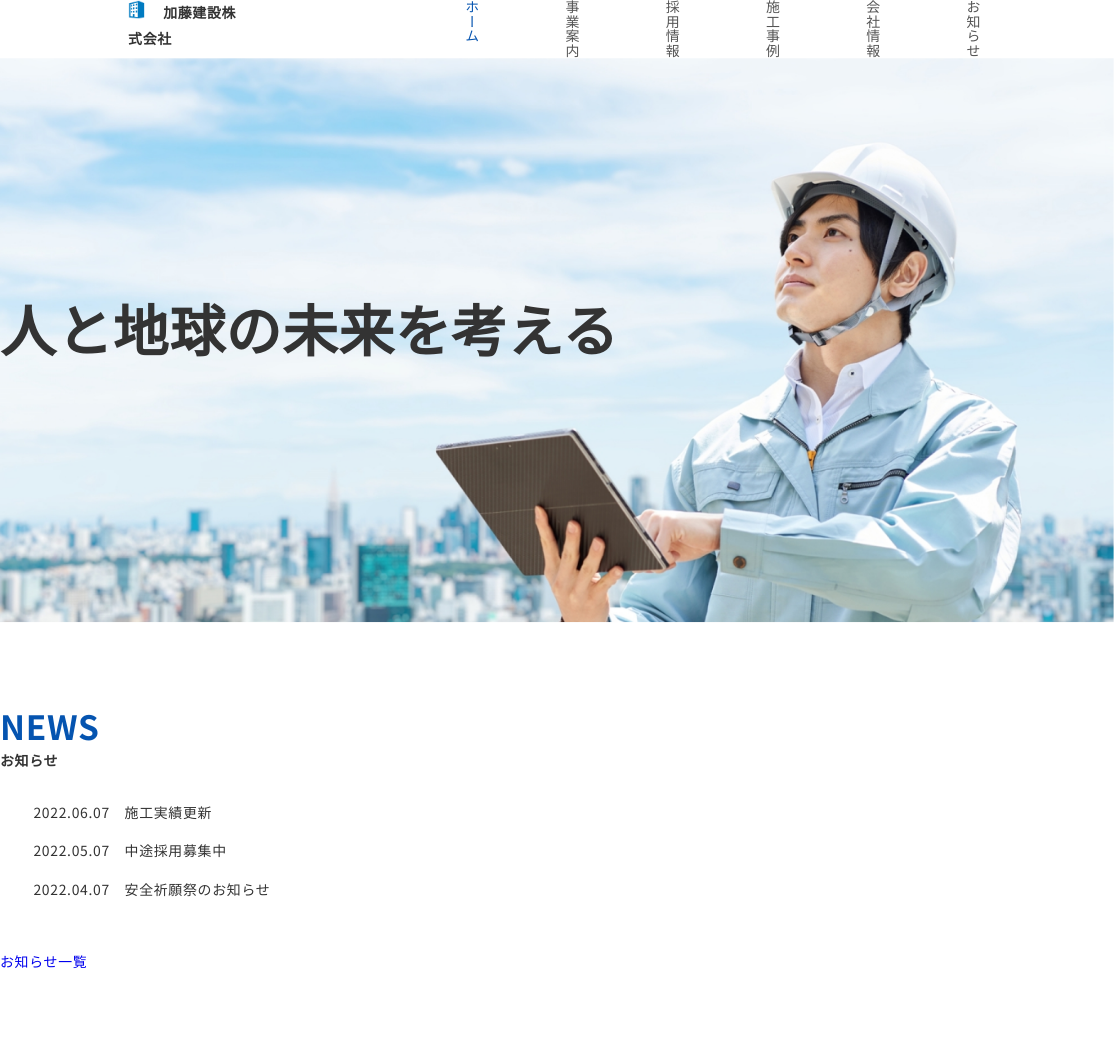
Repository: nozomi-23/hp1_test
Page: index.html
An editor plug-in stored every save of this project. The page is shown before and after the next save, followed by the edit.
The browser window is 1280 px wide. The pictures show the whole page, at 87% of full size.

Above is the page before, as saved 2022-06-12 11:07:49.

After the next save:
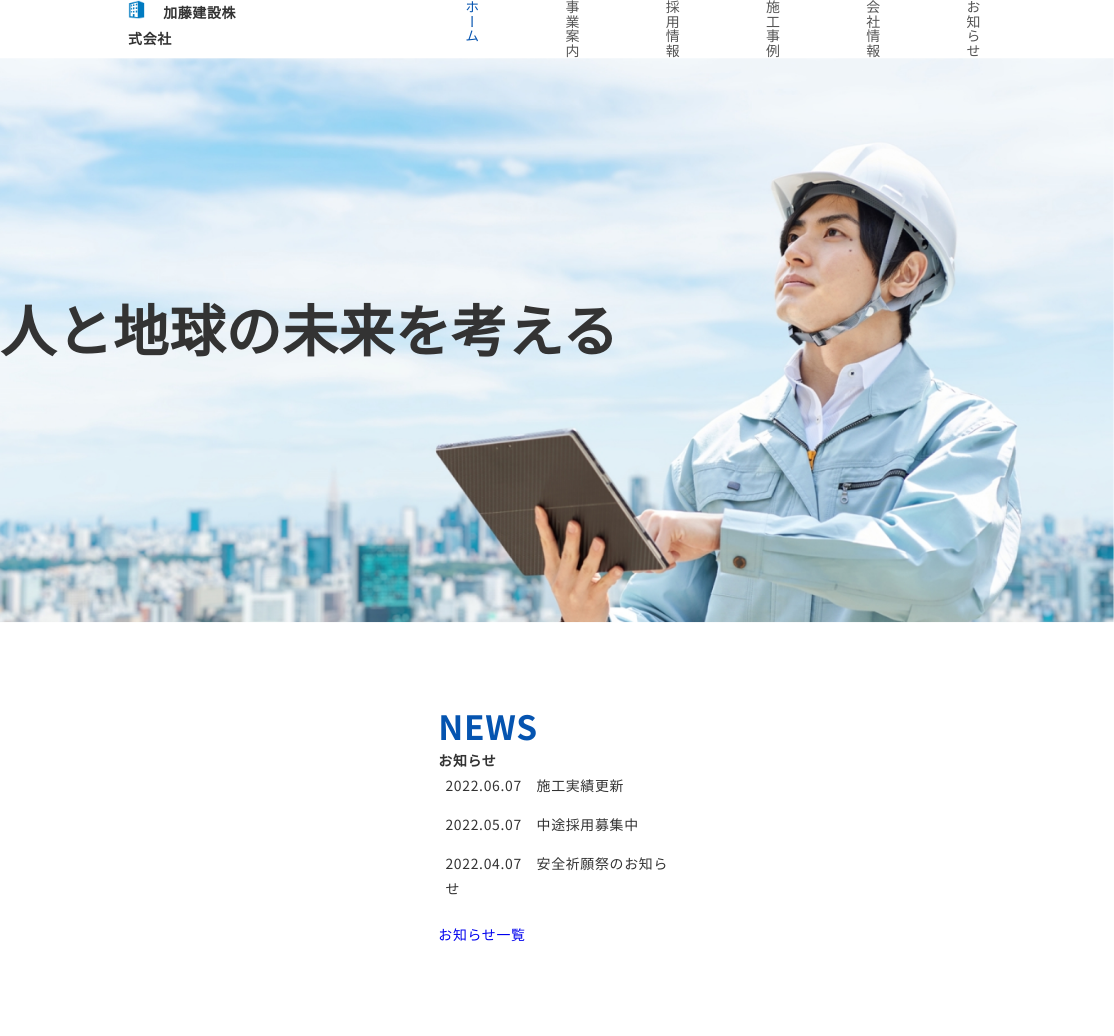
Saved 4 s later.
--- a/css/index.css
+++ b/css/index.css
@@ -65,7 +65,7 @@ news
 }
 .news_wrapper {
   text-align: left;
-  di
+  display: inline-block;
 }
 .news_wrapper ul{
   padding: 3%;
